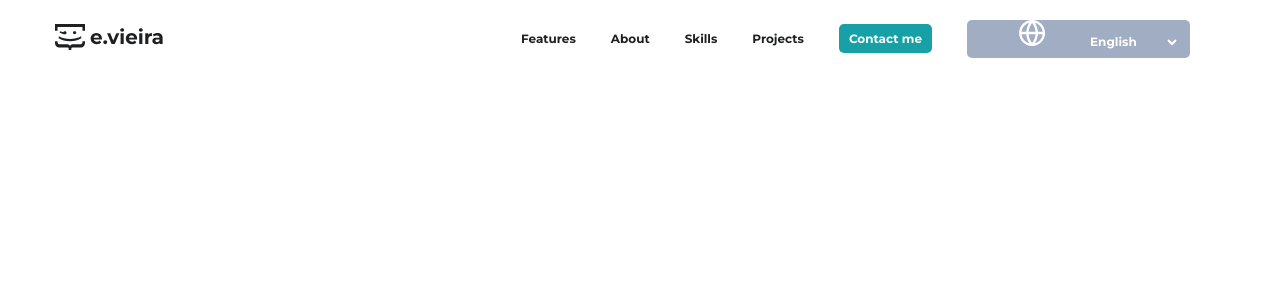
Repository: elissandrovieira/portfolio
Page: /
The author's editor kept a copy of each file at every save. The page is drawn from the files as they stood at one save, then again after a run of saves.
The browser window is 1280 px wide. The pictures show the whole page.
The project was rebuilt for these pictures with package versions that can differ from the ones it lists, and the page was loaded fresh each time. The framework's server and built-in components were replaced by stand-ins that run in the browser. Also part of the build but not shown: next.config.js.

Above is the page before, as saved 2023-02-10 00:24:17.

After the next 2 saves:
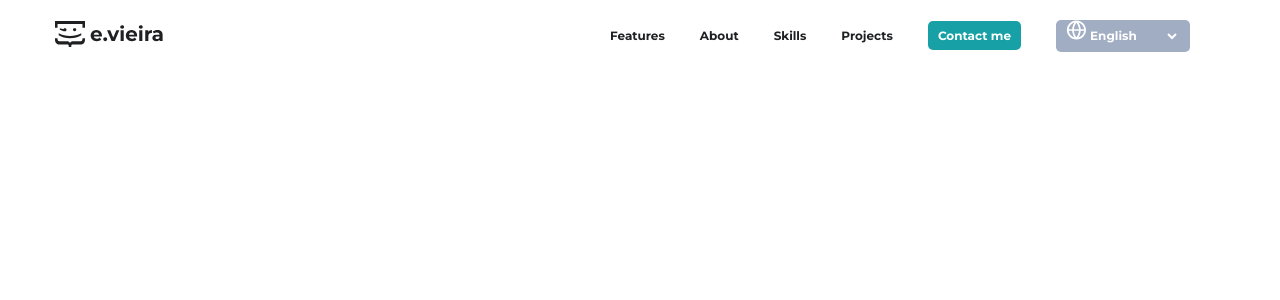
The 2 saves are shown as one change because they came seconds apart.
The last was saved 15 s later.
--- a/src/components/Header.js
+++ b/src/components/Header.js
@@ -88,8 +88,8 @@
             <Image
             src="/globe.svg"
             alt="languages"
-            width={109}
-            height={26}
+            width={20}
+            height={20}
             />
               <select>
                 <option value="en">English</option>
